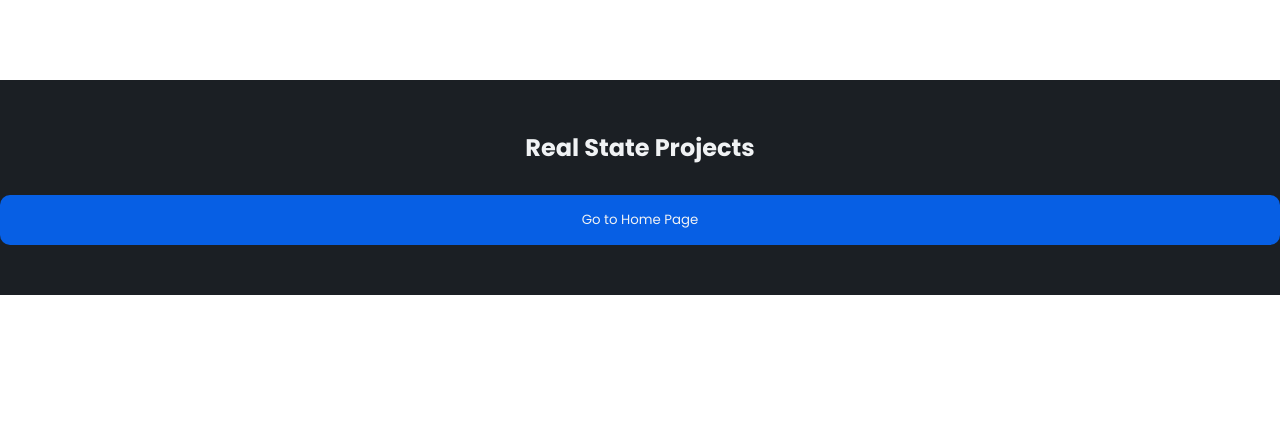
Repository: ayoubgharts/nextjs_protfolio
Page: /tutorials
These files come from the project's save history. The page is drawn as it stood at one moment and after a run of saves; the edit follows.
The browser window is 1280 px wide. The pictures show the whole page.
The project was rebuilt for these pictures with package versions that can differ from the ones it lists, and the page was loaded fresh each time. The framework's server and built-in components were replaced by stand-ins that run in the browser. Also part of the build but not shown: next.config.mjs.

Above is the page before, as saved 2025-05-30 16:21:34.

### src/app/tutorials/page.jsx
//
import Link from "next/link";
import styles from "./tutorials.module.css";

import { Container } from "react-bootstrap";

export const metadata = {
  title: "ayoubgharts | Tutorials",
  description: "Web Developer Engineer",
};

export default function Tutorials() {
  return (
    <main className={styles.tutorials}>
      <Container>
        <h2>Real State Projects</h2>

        <Link href="/">
          <button className={styles.button}>Go to Home Page</button>
        </Link>
      </Container>
    </main>
  );
}

### src/app/globals.css

/*? import google font 'Poppins' */
@import url('https://fonts.googleapis.com/css2?family=Poppins:wght@100;200;300;400;500;600;700&family=Raleway:ital,wght@0,100..900;1,100..900&display=swap');

/*? all variables */
:root {
  /*. Web colors vars */
  --dark:      #1b1f24;
  --dark-fixed:      #1b1f24;
  --dark-300:  #23282f;
  --dark-400:  #2b323b;
  --dark-300-opacity:  #23282fab;
  --dark-400-opacity:  #2b323bb0;
  --dark-300-fixed:#282c31;
  --dark-500:  #333c47;
  --dark-600:  #4d5a6a;
  --dark-700:  #778392;
  --dark-800:  #9da6b3;

  --light:     #f0f2f4;
  --light-fixed:     #f0f2f4;
  --light-300: #454649;
  --light-400: #c3cad5;
  --light-500: #8895aa;

  --primary:   #075fe4;
  --primary-dark:   #12499c;
  --primary-light:   #6b93cf;
  --success:   #11845b;
  --danger:    #c6303e;
  --danger-dark:    #992934;
  --warning:   #fd7e14;

  --purple:    #4c0bce;
  --purple-dark:    #330f7c;
  --violet:    #712cf9;
  --pink:    #f92c8c;
  --yellow:    #ffc107;
  --green:     #198754;
  --teal:      #20c997;
  --cyan:      #0dcaf0;

  /*. Mobile Var Colors */
  --mobile-dark:      #1b1f24;
  --mobile-light:     #f0f2f4;
  --mobile-dark-300:  #23282f;
  --mobile-dark-500:  #333c47;
  --mobile-dark-700:  #778392;



  /*. transitions vars */
  --trans-03: all ease .3s;
  --trans-05: all ease .5s;

  /*. border radius vars */
  --br-8: 8px;
  --br-50: 50px;

  /*. padding global default */
  --container-120: 0 120px;
  --container-60: 0 60px;
  --container-20: 0 20px;

  /*. buttons vars */
  --btn-padding: 10px 25px;
  --btn-font-size: 1.2rem;
  --btn-font-media: 0.9rem;
  --light-btn:#f0f2f4;

}


/* Light mode overrides */
.light-mode {

  /*. web switch colors */
  --dark:       #e0e3e6;
  --dark-300:  #cdd6e2;
  --dark-400:  #c7cfd8;
  --dark-300-opacity:  #b6bfccab;
  --dark-400-opacity:  #b5bfccb0;
  --dark-500:   #c2c8d3;
  --dark-600:  #4d5a6a;
  --dark-700:  #eff3f7;
  --dark-800:  #757c85;

  --light:     #1b1f24;
  --light-300: #dde1e9;
  --light-400: #c3cad5;
  --light-500: #8895aa;

  /*. mobile switch colors */
  --mobile-dark:      #f0f2f4;
  --mobile-light:     #1b1f24;
  --mobile-dark-500:  #b5bcc4;
  --mobile-dark-700:  #778392;
  --mobile-dark-300:  #e4e7ec;
}


/*? Global Styles */
*{
  font-family: "Poppins", sans-serif;
  box-sizing: border-box;
  padding: 0;
  margin: 0;
}

body {
  font-family: "Poppins", sans-serif;
  box-sizing: border-box;
  padding: 0;
  margin: 0;
}

/*? Normalise */
a, Link{
  color: var(--cyan);
  text-decoration: none !important;
}
ul{
  list-style: none;
  margin: 0;
  padding: 0;
}
ul li{
  margin: 0;
  padding: 0;
}
h1, h2, h3, h4, h5{
  margin: 0;
  padding: 0;
}

i{
  margin: 0;
  padding: 0;
}

.container{
  transition: var(--trans-03);
}

### src/app/tutorials/tutorials.module.css

.tutorials{
    margin-top: 80px;
    background: var(--dark);
    padding: 50px 0;
    transition: var(--trans-03);
    text-align: center;
    color: var(--light);
}

.button{
    outline: none;
    border: none;
    background: var(--primary);
    color: var(--light-fixed);
    width: 100%;
    padding: 15px 25px;
    border-radius: 10px;
    margin-top: 30px;
    transition: var(--trans-03);
}

.button:hover{
    background: var(--primary-dark);
}

### src/components/buttons/section-title/SectionTitle.jsx
import styles from './title.module.css';

export default function SectionTitle({textContent}){
    return(
        <h2 className={styles.h2}>
            {textContent}
        </h2>
    )
}

### src/components/buttons/section-title/title.module.css
.h2{
    font-size: 2rem;
    font-weight: 700;
    text-transform: uppercase;
    color: var(--light);
    width: 100%;
    border-bottom: solid 1.2px var(--light-400);
    margin-bottom: 30px;
    padding-bottom: 30px;
}

.h2::before{
    content: '/';
    color: var(--primary);
    margin-right: 15px;
    font-size: 1.8rem;
}

Loaded but not shown: src/app/layout.js (common file)

After the next 2 saves:
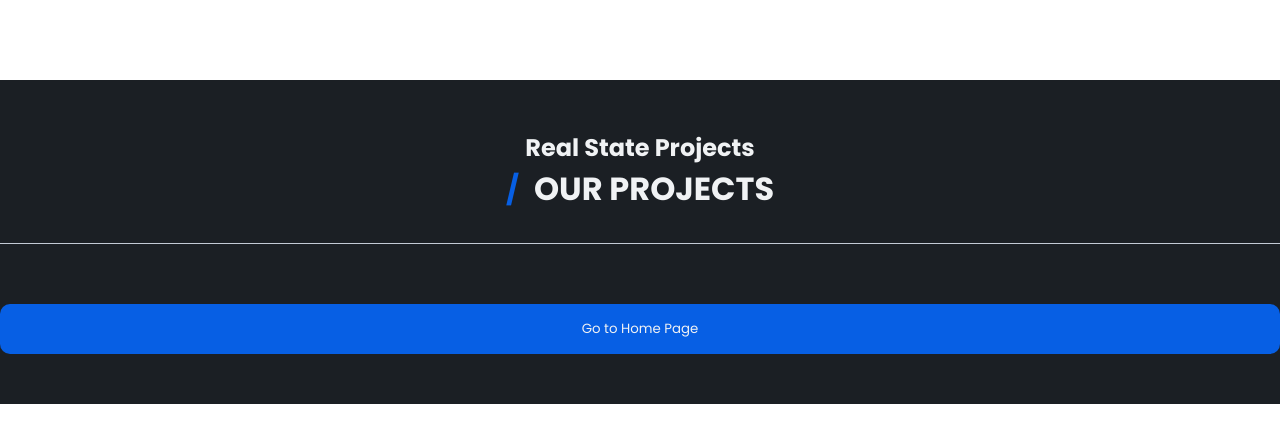
The 2 saves are shown as one change because 1 did not build or start.
The last was saved 24 s later.
--- a/src/app/tutorials/page.jsx
+++ b/src/app/tutorials/page.jsx
@@ -3,6 +3,9 @@
 import styles from "./tutorials.module.css";
 
 import { Container } from "react-bootstrap";
+
+import SectionTitle from "@/components/buttons/section-title/SectionTitle";
+
 
 export const metadata = {
   title: "ayoubgharts | Tutorials",
@@ -14,7 +17,7 @@
     <main className={styles.tutorials}>
       <Container>
         <h2>Real State Projects</h2>
-
+        <SectionTitle textContent={"Our Projects"} />
         <Link href="/">
           <button className={styles.button}>Go to Home Page</button>
         </Link>
